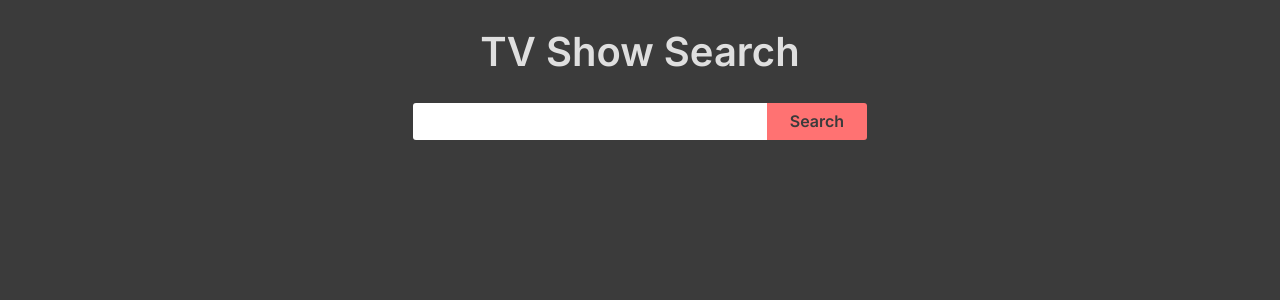
Repository: shayanabedi98/tv-search-react
Page: /
An editor plug-in stored every save of this project. The page is shown before and after a run of saves, followed by the edit.
The browser window is 1280 px wide. The pictures show the whole page.
The project was rebuilt for these pictures with package versions that can differ from the ones it lists, and the page was loaded fresh each time. Also part of the build but not shown: vite.config.js.

Above is the page before, as saved 2024-01-02 03:06:36.

### index.html
<!doctype html>
<html lang="en">
  <head>
    <meta charset="UTF-8" />
    <link rel="icon" type="image/svg+xml" href="https://www.svgrepo.com/show/503669/tv.svg" />
    <meta name="viewport" content="width=device-width, initial-scale=1.0" />
    <title>TV Show Search | React</title>
  </head>
  <body>
    <div id="root"></div>
    <script type="module" src="/src/main.jsx"></script>
  </body>
</html>

### src/App.jsx
import { useState } from "react";
import { v4 as uuid } from "uuid";
import List from "./List";
import Search from "./Search";

function App() {
  const [input, setInput] = useState();
  const [showList, setShowList] = useState([]);

  const fetchShow = async () => {
    try {
      if (input) {
        const response = await fetch(
          `https://api.tvmaze.com/search/shows?q=${input}`
        );
        const responseJson = await response.json();
        let newList = [];
        for (let i = 0; i < responseJson.length; i++) {
          if (responseJson[i].show.image) {
            newList.push({
              id: uuid(),
              name: responseJson[i].show.name,
              img: responseJson[i].show.image.medium,
              language: responseJson[i].show.language,
              rating: responseJson[i].show.rating.average,
            });
          }
        }
        setShowList(newList);
        console.log(responseJson);
      }
    } catch (err) {
      console.log(err);
    }
  };

  const handleChange = (e) => {
    setInput(e.target.value);
  };

  return (
    <div>
      <Search fetchShow={fetchShow} input={input} handleChange={handleChange} />
      <List showList={showList} />
    </div>
  );
}

export default App;

### src/index.css
@import url('https://fonts.googleapis.com/css2?family=Inter:wght@600&display=swap');

body {
  font-family: 'Inter', sans-serif;
  margin: 0;
  padding: 0;
  background-color: rgb(59, 59, 59);
  color: rgb(223, 223, 223);
}

.search {
  margin: 0 auto;
  text-align: center;
  width: 950px;
  display: grid;
  place-items: center;
}

.search-bar {
  display: flex;
  place-items: center;
}

.search h1 {
  font-size: 40px;
}

.search input {
  border: none;
  height: 35px;
  width: 350px;
  font-size: 26px;
  outline: none;
  color: rgb(104, 104, 104);
  font-weight: 700;
  border-radius: 3px 0 0 3px;
}

.search input:focus {
  outline: 2px grey solid;
}

.search button {
  height: 37px;
  padding: 1px 2px;
  width: 100px;
  font-family: 'Inter', sans-serif;
  border: none;
  background-color: rgb(255, 114, 114);
  color: rgb(59, 59, 59);;
  font-size: 16px;
  border-radius: 0 3px 3px 0;
  cursor: pointer;
}

### src/List.jsx
import React from "react";

const List = ({ showList }) => {
  return (
    <div className="list-container">
      <div className="list">
        {showList.length > 0 &&
          showList.map((show) => {
            return (
              <div className="card" key={show.id}>
                <h2>{show.name}</h2>
                <img src={show.img} alt={`cover photo of ${show.name}`} />
                <p>
                  <span>Language: </span>
                  {show.language}
                </p>
                <p>
                  {show.rating ? `Rating: ${show.rating}⭐` : "Rating: N/A"}
                </p>
              </div>
            );
          })}
      </div>
    </div>
  );
};

export default List;

### src/Search.jsx
import React from "react";

const Search = ({ fetchShow, input, handleChange }) => {
  return (
    <div className="search">
        <h1>TV Show Search</h1>
      <div className="search-bar">
        <input
          type="text"
          onKeyDown={(e) => e.key === "Enter" && fetchShow()}
          onChange={handleChange}
          value={input}
        />
        <button onClick={fetchShow}>Search</button>
      </div>
    </div>
  );
};

export default Search;

Loaded but not shown: src/main.jsx (common file)

After the next 2 saves:
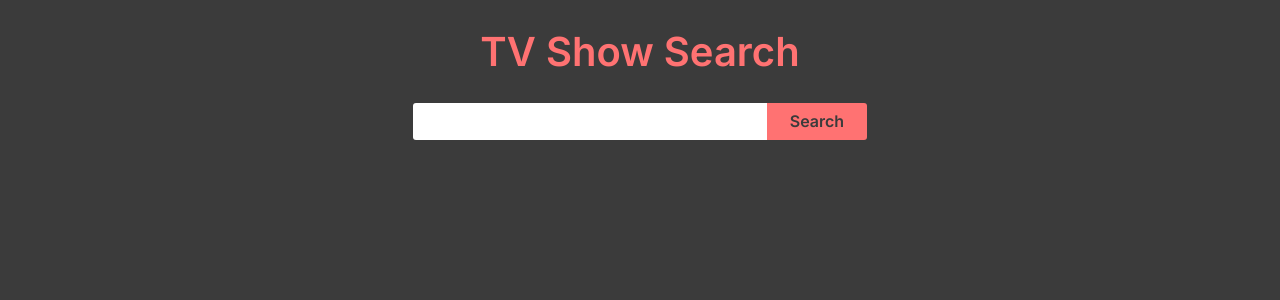
The 2 saves are shown as one change because they came seconds apart.
The last was saved 41 s later.
--- a/src/index.css
+++ b/src/index.css
@@ -23,6 +23,7 @@ body {
 
 .search h1 {
   font-size: 40px;
+  color: rgb(255, 114, 114);
 }
 
 .search input {
